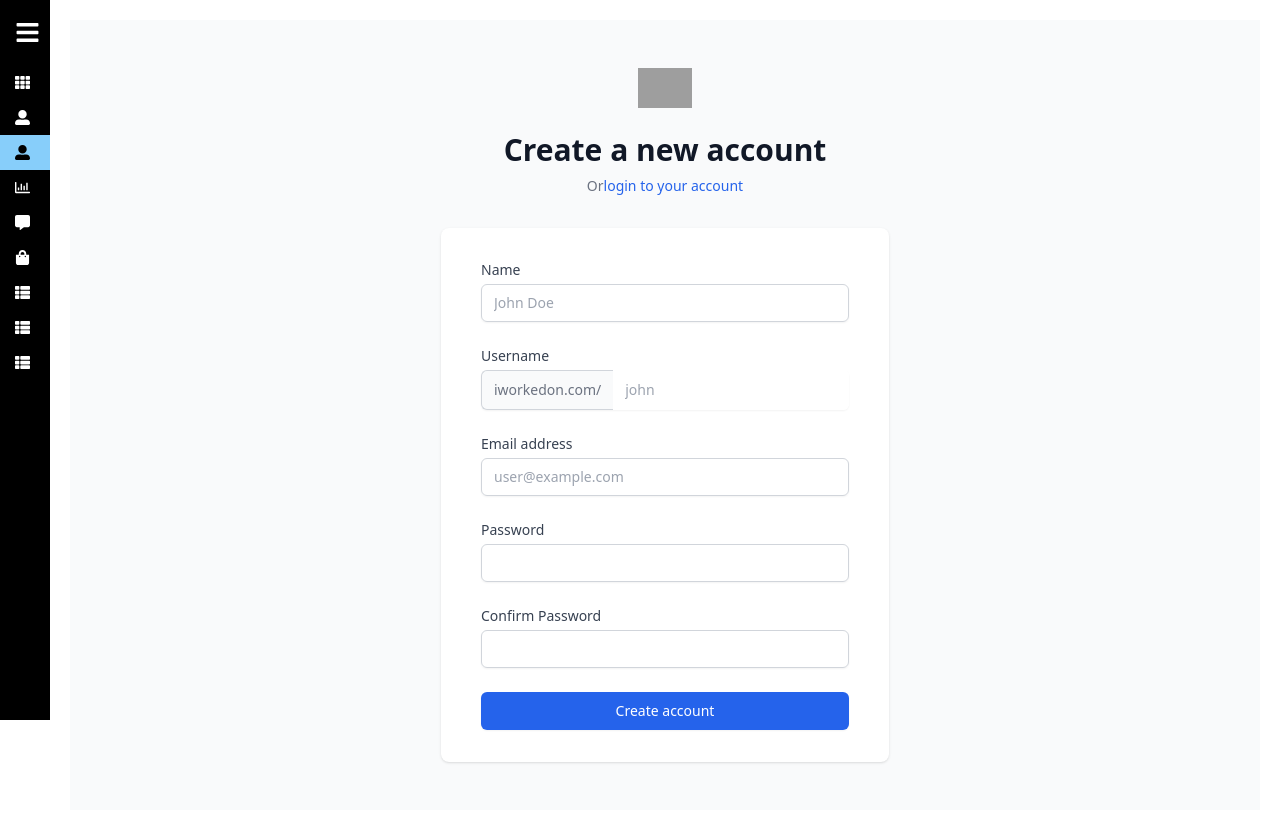
Repository: AndargWorku12/admin-dashboard
Page: /signup
An editor plug-in stored every save of this project. The page is shown before and after the next save, followed by the edit.
The browser window is 1280 px wide. The pictures show the whole page.
Pictures or frames that could not be fetched are drawn as grey boxes. The project was rebuilt for these pictures with package versions that can differ from the ones it lists, and the page was loaded fresh each time. Also part of the build but not shown: src/pages/Dashboard.tsx, src/pages/Orders.tsx, src/pages/Category.tsx, src/pages/Login.tsx, src/pages/Analytics.tsx, src/pages/CustemerReview.tsx, src/pages/ProductList.tsx, src/pages/ShopCard.tsx.

Above is the page before, as saved 2024-01-26 03:24:54.

After the next save:
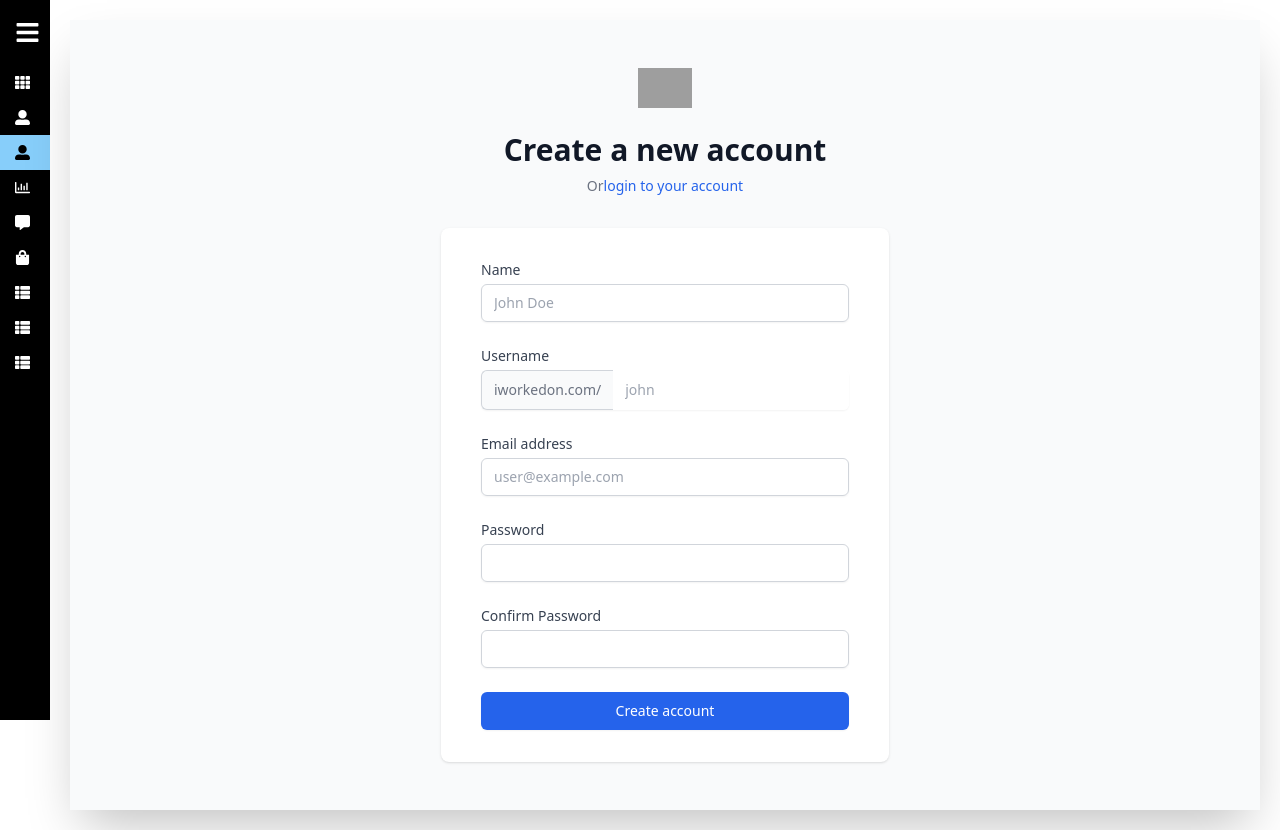
Saved 29 min 39 s later.
--- a/src/pages/SignUpForm.tsx
+++ b/src/pages/SignUpForm.tsx
@@ -3,7 +3,7 @@ import React from 'react';
 
 const SignUp: React.FC = () => {
   return (
-    <div className="min-h-screen bg-gray-50 flex flex-col justify-center py-12 sm:px-6 lg:px-8">
+    <div className="min-h-screen bg-gray-50 flex flex-col justify-center py-12 sm:px-6 lg:px-8 shadow-2xl">
       <div className="sm:mx-auto sm:w-full sm:max-w-md">
         <img
           className="mx-auto h-10 w-auto"
